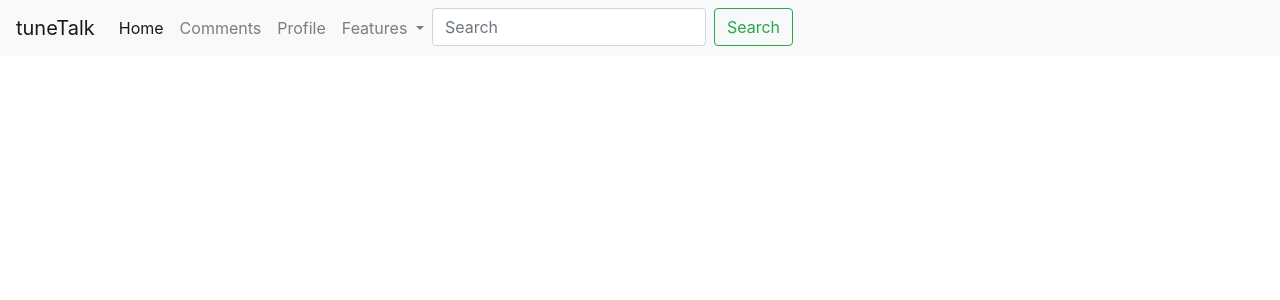
Repository: drewsparker/tuneTalk
Page: artist.html
The author's editor kept a copy of each file at every save. The page is drawn from the files as they stood at one save, then again after the next save.
The browser window is 1280 px wide. The pictures show the whole page.

Above is the page before, as saved 2022-11-08 13:49:27.

After the next save:
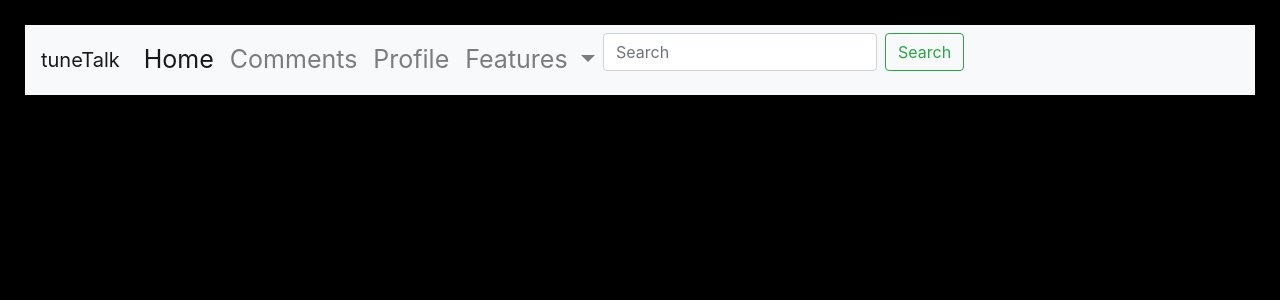
Saved 1 s later.
--- a/artist.html
+++ b/artist.html
@@ -7,6 +7,21 @@
     <link rel="stylesheet" href="https://cdn.jsdelivr.net/npm/bootstrap@4.6.2/dist/css/bootstrap.min.css" integrity="sha384-xOolHFLEh07PJGoPkLv1IbcEPTNtaed2xpHsD9ESMhqIYd0nLMwNLD69Npy4HI+N" crossorigin="anonymous">
 
     <title>Artist</title>
+    <style>
+        body {
+          padding: 25px;
+          background-color: black;
+          color: white;
+          font-size: 25px;
+        }
+        h5,
+        p
+         {
+            background-color:black;
+            color:white;
+        }
+
+        </style>
 </head>
 <body>
     <!-- Navbar with Home, My comments, Profile, dropmenu and search function -->
